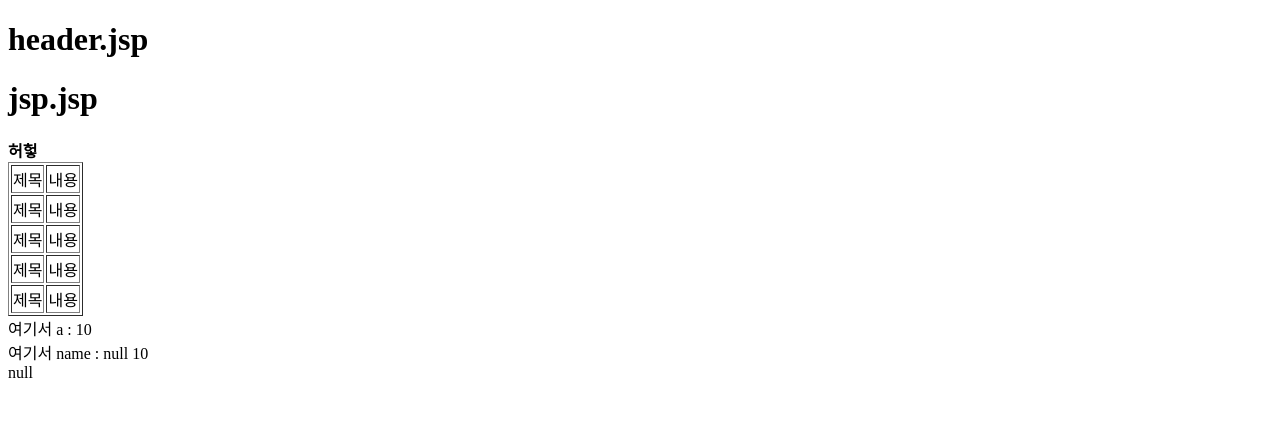
Repository: JaeWon-Sim/Project
Page: http://localhost/_4_project_jsp/jsp.jsp
These files come from the project's save history. The page is drawn as it stood at one moment and after the next save; the edit follows.
The browser window is 1280 px wide. The pictures show the whole page.
The page is served by Tomcat 9.

Above is the page before, as saved 2025-08-21 06:28:47.

After the next save:
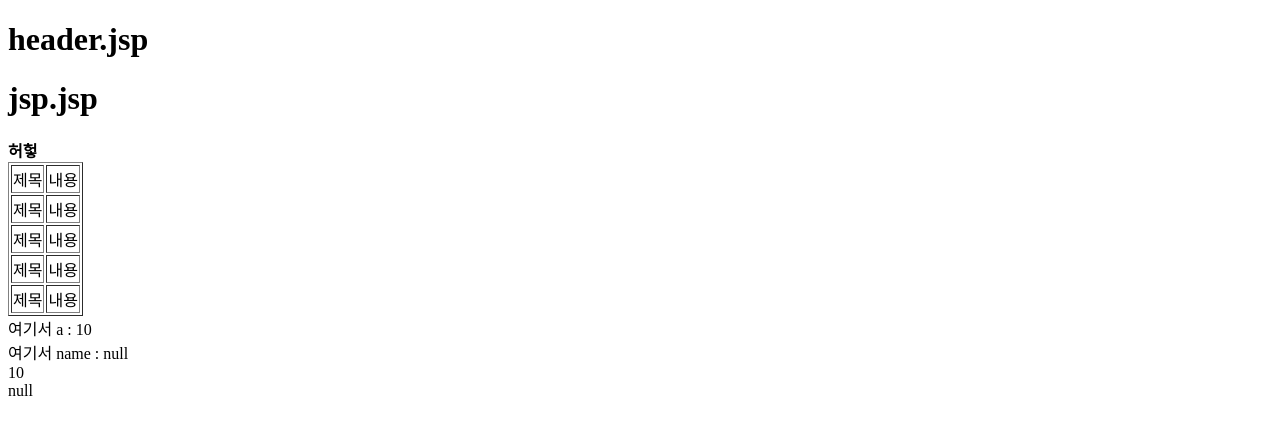
Saved 8 s later.
--- a/workspace_java/_4_project_jsp/src/main/webapp/jsp.jsp
+++ b/workspace_java/_4_project_jsp/src/main/webapp/jsp.jsp
@@ -54,7 +54,7 @@
 
 	%>
 	여기서 a : <% out.println(a); %><br>
-	여기서 name : <% out.println(name); %>
+	여기서 name : <% out.println(name); %><br>
 
 <%-- 표현식 --%>
 <%= a %><br>
